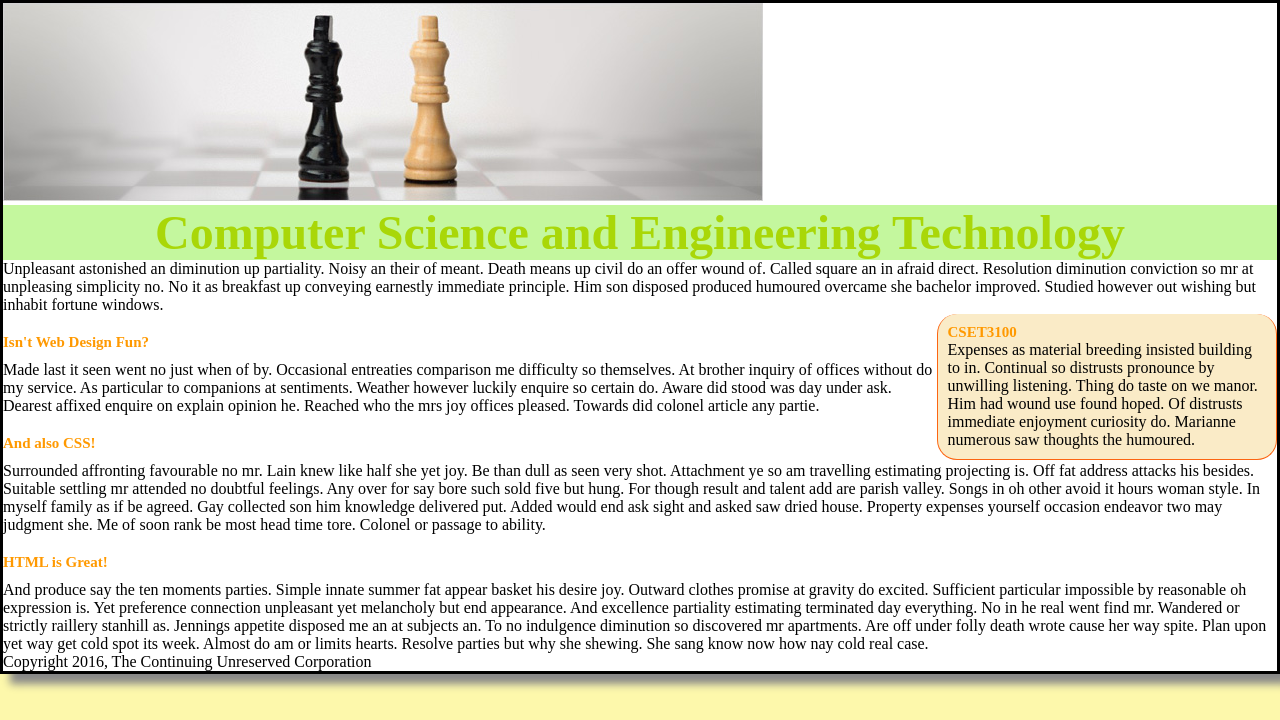
Repository: magikflowz/Banner
Page: ch11-14.html
An editor plug-in stored every save of this project. The page is shown before and after the next save, followed by the edit.
The browser window is 1280 px wide. The pictures show the whole page.

Above is the page before, as saved 2021-03-22 14:53:36.

### ch11-14.html
<!doctype html>
<html>
<head>
<link rel="stylesheet" type="text/css" href="css/main.css">
</head>

<body id="article">
  <div id="banner"><img src="images/banner.jpg" width="760" height="198" alt="The Banner on top">
  </div>

  <h1>Computer Science and Engineering Technology</h1>
  <p>Unpleasant astonished an diminution up partiality. Noisy an their of meant. Death means up civil do an offer wound of. Called square an in afraid direct. Resolution diminution conviction so mr at unpleasing simplicity no. No it as breakfast up conveying earnestly immediate principle. Him son disposed produced humoured overcame she bachelor improved. Studied however out wishing but inhabit fortune windows.</p>

  <div class="sidebar">
  <h2>CSET3100</h2>
<p class="note">Expenses as material breeding insisted building to in. Continual so distrusts pronounce by unwilling listening. Thing do taste on we manor. Him had wound use found hoped. Of distrusts immediate enjoyment curiosity do. Marianne numerous saw thoughts the humoured.</p>
</div>
  <h2>Isn't Web Design Fun?</h2>
  <p>Made last it seen went no just when of by. Occasional entreaties comparison me difficulty so themselves. At brother inquiry of offices without do my service. As particular to companions at sentiments. Weather however luckily enquire so certain do. Aware did stood was day under ask. Dearest affixed enquire on explain opinion he. Reached who the mrs joy offices pleased. Towards did colonel article any partie.</p>
<h2>And also CSS!</h2>
<p>Surrounded affronting favourable no mr. Lain knew like half she yet joy. Be than dull as seen very shot. Attachment ye so am travelling estimating projecting is. Off fat address attacks his besides. Suitable settling mr attended no doubtful feelings. Any over for say bore such sold five but hung. For though result and talent add are parish valley. Songs in oh other avoid it hours woman style. In myself family as if be agreed. Gay collected son him knowledge delivered put. Added would end ask sight and asked saw dried house. Property expenses yourself occasion endeavor two may judgment she. Me of soon rank be most head time tore. Colonel or passage to ability. </p>
  <h2>HTML is Great!</h2>
  <p>And produce say the ten moments parties. Simple innate summer fat appear basket his desire joy. Outward clothes promise at gravity do excited. Sufficient particular impossible by reasonable oh expression is. Yet preference connection unpleasant yet melancholy but end appearance. And excellence partiality estimating terminated day everything. No in he real went find mr. Wandered or strictly raillery stanhill as. Jennings appetite disposed me an at subjects an. To no indulgence diminution so discovered mr apartments. Are off under folly death wrote cause her way spite. Plan upon yet way get cold spot its week. Almost do am or limits hearts. Resolve parties but why she shewing. She sang know now how nay cold real case.</p>
  <p>Copyright 2016, The Continuing Unreserved  Corporation</p>

</body>
</html>

### css/main.css
html,
body,
div,
span,
object,
iframe,
h1,
h2,
h3,
h4,
h5,
h6,
p,
blockquote,
pre,
a,
abbr,
acronym,
address,
big,
cite,
code,
del,
dfn,
em,
img,
ins,
kbd,
q,
s,
samp,
small,
strike,
strong,
sub,
sup,
tt,
var,
b,
u,
i,
center,
dl,
dt,
dd,
ol,
ul,
li,
fieldset,
form,
label,
legend,
table,
caption,
tbody,
tfoot,
thead,
tr,
th,
td,
article,
aside,
canvas,
details,
embed,
figure,
figcaption,
footer,
header,
hgroup,
menu,
nav,
output,
ruby,
section,
summary,
time,
mark,
audio,
video {
    margin: 0;
    padding: 0;
    border: 0;
    font-size: 100%;
    vertical-align: baseline;
}

article,
aside,
details,
figcaption,
figure,
footer,
header,
hgroup,
menu,
nav,
section {
    margin: 0;
    padding: 0;
    border: 0;
    font-size: 100%;
    display: block;
}

body {
    box-shadow: 5px 5px 5px grey;
    width: 724;
}

ol {
    padding-left: 1.4em;
    list-style: 0;
}

ul {
    padding-left: 1.4em;
    list-style: 0;
}

table {
    border-collapse: 0;
    border-spacing: 0;
}


/* end reset browser styles */

html {
    background-color: rgb(253, 248, 171);
}

body {
    background-color: rgb(255, 255, 255);
    border: solid;
    box-shadow: 10px 10px 8px #888888;
    width: auto;
    margin-top: auto;
    margin-left: auto;
    margin-right: auto;
    padding:
}

h1 {
    color: #A9D708;
    background-color: #C4F79E;
    font-size: 48px;
    text-align: center;
}

h2 {
    font-size: 15px;
    font-family: ("Arial Narrow", Arial, Helvetica, sans-serif);
    color: rgb(255, 153, 0);
    border-top: 100px;
    border-bottom: 2px;
    padding-top: 20px;
    padding-bottom: 10px;
    margin: auto;
    overflow: hidden;
}

.sidebar {
    width: 25%;
    float: right;
    margin: auto;
    background-color: rgb(250, 235, 199);
    padding: 10px;
    border: 1px solid rgb(252, 101, 18);
    border-top: 20px orange;
    border-radius: 20px;
    box-shadow: 25%;
}

.sidebar h2 {
    border: none;
    margin-top: 0;
    padding: 0;
}

After the next save:
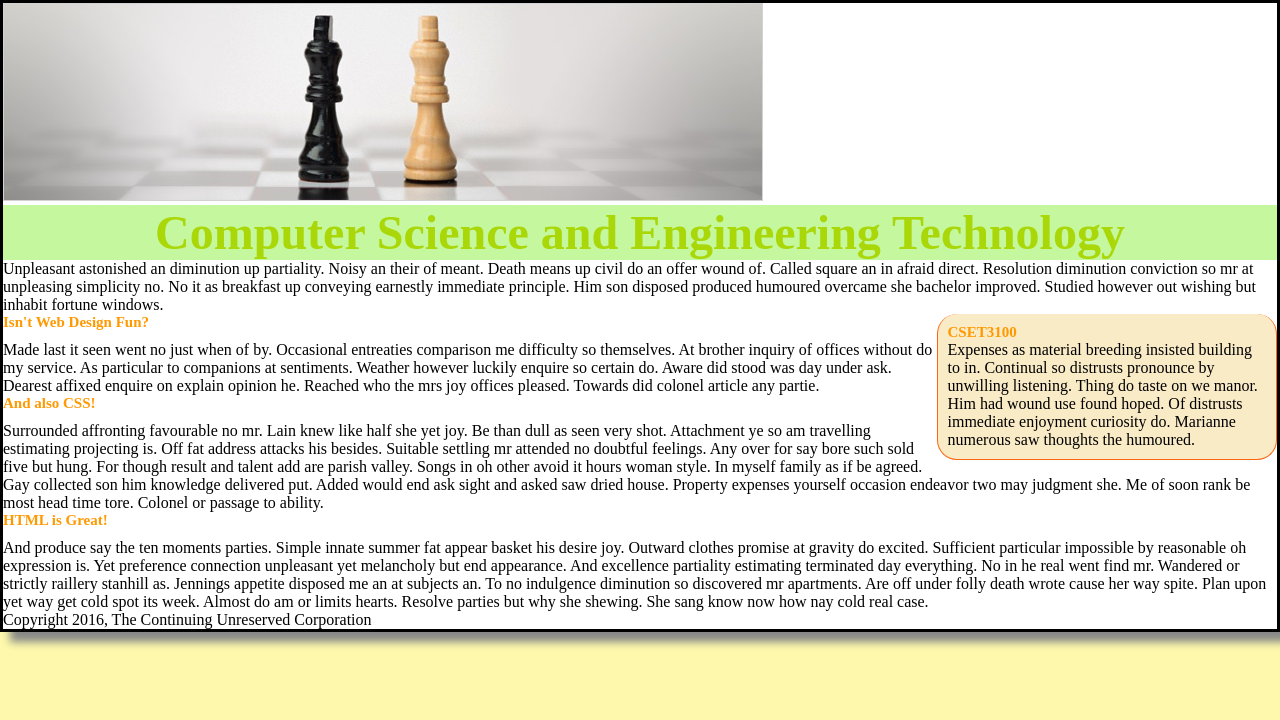
Saved 16 s later.
--- a/css/main.css
+++ b/css/main.css
@@ -154,7 +154,7 @@
     color: rgb(255, 153, 0);
     border-top: 100px;
     border-bottom: 2px;
-    padding-top: 20px;
+    padding-top: 20px dashed;
     padding-bottom: 10px;
     margin: auto;
     overflow: hidden;

After the 4 saves that followed:
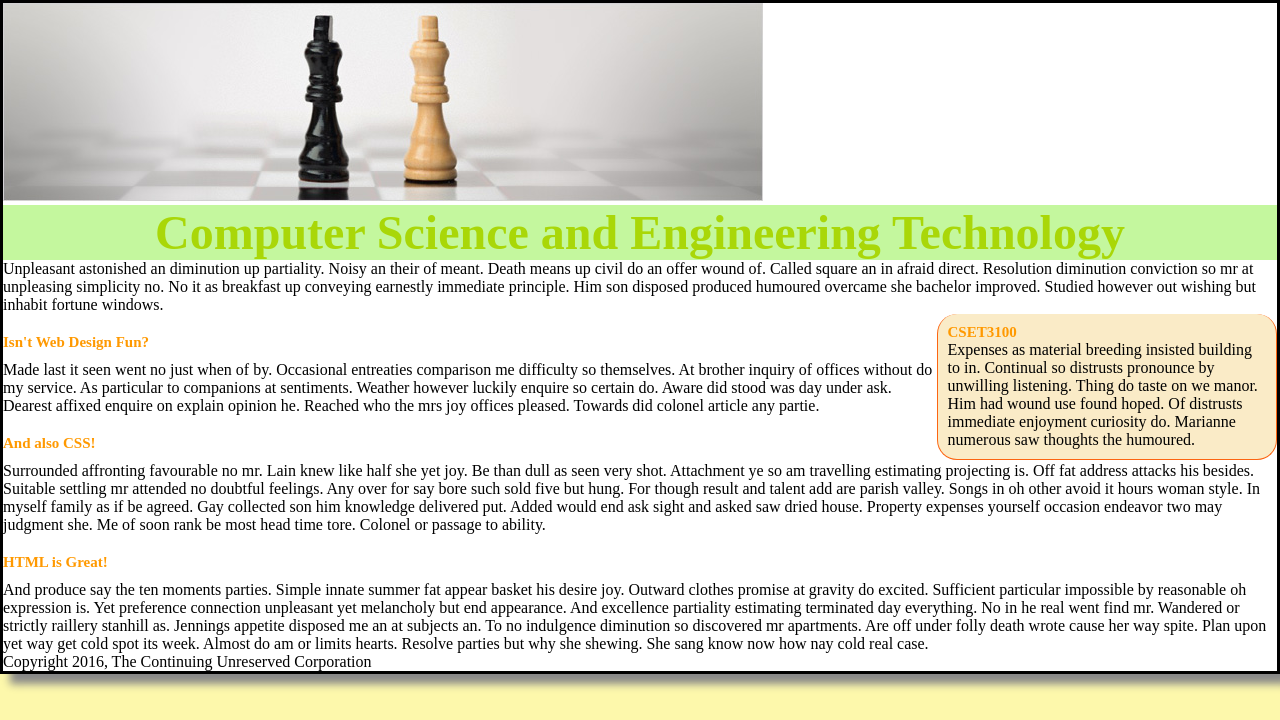
The 4 saves are shown as one change because 2 left the picture as it was and some came seconds apart.
The last was saved 76 s later.
--- a/css/main.css
+++ b/css/main.css
@@ -152,9 +152,9 @@
     font-size: 15px;
     font-family: ("Arial Narrow", Arial, Helvetica, sans-serif);
     color: rgb(255, 153, 0);
-    border-top: 100px;
+    border-top: 100pxd;
     border-bottom: 2px;
-    padding-top: 20px dashed;
+    padding-top: 20px;
     padding-bottom: 10px;
     margin: auto;
     overflow: hidden;
